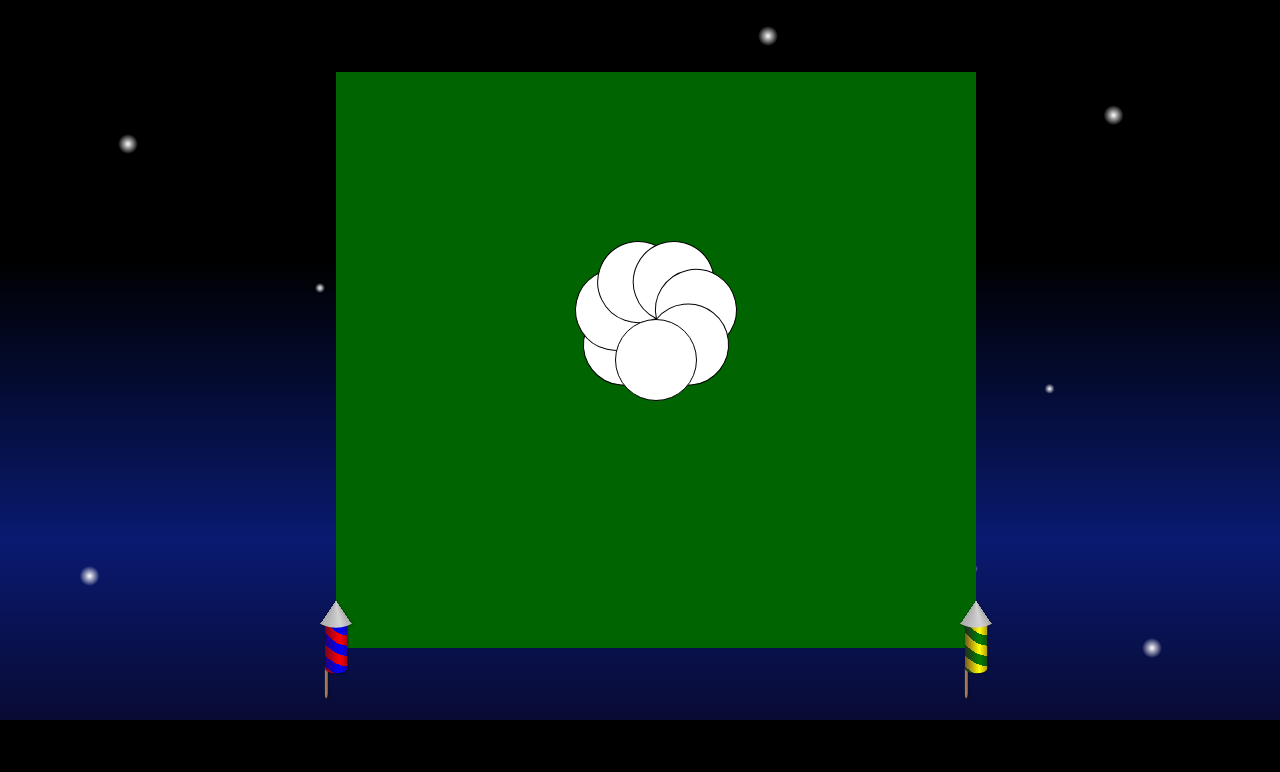
Repository: juliandecloe/CSS-To-The-Rescue---Julian-de-Cloe
Page: index.html
These files come from the project's save history. The page is drawn as it stood at one moment and after the next save; the edit follows.
The browser window is 1280 px wide. The pictures show the whole page.

Above is the page before, as saved 2022-03-10 17:29:48.

### index.html
<!DOCTYPE html>
<html lang="en">
	<head>
		<meta charset="UTF-8">
		<meta name="viewport" content="width=device-width, initial-scale=1.0">
		<title>The Anticlimax Fireworkshow!</title>
		<link rel="stylesheet" href="style.css">
	</head>
	<body>
		<input id="left" type="checkbox">
		<input id="middle" type="checkbox">
		<input id="right" type="checkbox">
		<main>
			<section>
				<label for="left">
					<figure></figure>
					<figure></figure>
					<figure></figure>
				</label>
				<ul>
					<li>
						<ul>
							<li></li>
							<li></li>
							<li></li>
							<li></li>
							<li></li>
						</ul>
					</li>
					<li>
						<ul>
							<li></li>
							<li></li>
							<li></li>
							<li></li>
							<li></li>
						</ul>
					</li>
					<li>
						<ul>
							<li></li>
							<li></li>
							<li></li>
							<li></li>
							<li></li>
						</ul>
					</li>
					<li>
						<ul>
							<li></li>
							<li></li>
							<li></li>
							<li></li>
							<li></li>
						</ul>
					</li>
					<li>
						<ul>
							<li></li>
							<li></li>
							<li></li>
							<li></li>
							<li></li>
						</ul>
					</li>
					<li>
						<ul>
							<li></li>
							<li></li>
							<li></li>
							<li></li>
							<li></li>
						</ul>
					</li>
					<li>
						<ul>
							<li></li>
							<li></li>
							<li></li>
							<li></li>
							<li></li>
						</ul>
					</li>
					<li>
						<ul>
							<li></li>
							<li></li>
							<li></li>
							<li></li>
							<li></li>
						</ul>
					</li>
					<li>
						<ul>
							<li></li>
							<li></li>
							<li></li>
							<li></li>
							<li></li>
						</ul>
					</li>
					<li>
						<ul>
							<li></li>
							<li></li>
							<li></li>
							<li></li>
							<li></li>
						</ul>
					</li>
					<li>
						<ul>
							<li></li>
							<li></li>
							<li></li>
							<li></li>
							<li></li>
						</ul>
					</li>
					<li>
						<ul>
							<li></li>
							<li></li>
							<li></li>
							<li></li>
							<li></li>
						</ul>
					</li>
				</ul>
			</section>
			<section>
				<label for="middle">
					<figure></figure>
					<figure></figure>
					<figure></figure>
				</label>
				<ul>
					<li>
						<ul>
							<li></li>
							<li></li>
							<li></li>
							<li></li>
							<li></li>
						</ul>
					</li>
					<li>
						<ul>
							<li></li>
							<li></li>
							<li></li>
							<li></li>
							<li></li>
						</ul>
					</li>
					<li>
						<ul>
							<li></li>
							<li></li>
							<li></li>
							<li></li>
							<li></li>
						</ul>
					</li>
					<li>
						<ul>
							<li></li>
							<li></li>
							<li></li>
							<li></li>
							<li></li>
						</ul>
					</li>
					<li>
						<ul>
							<li></li>
							<li></li>
							<li></li>
							<li></li>
							<li></li>
						</ul>
					</li>
					<li>
						<ul>
							<li></li>
							<li></li>
							<li></li>
							<li></li>
							<li></li>
						</ul>
					</li>
					<li>
						<ul>
							<li></li>
							<li></li>
							<li></li>
							<li></li>
							<li></li>
						</ul>
					</li>
					<li>
						<ul>
							<li></li>
							<li></li>
							<li></li>
							<li></li>
							<li></li>
						</ul>
					</li>
					<li>
						<ul>
							<li></li>
							<li></li>
							<li></li>
							<li></li>
							<li></li>
						</ul>
					</li>
					<li>
						<ul>
							<li></li>
							<li></li>
							<li></li>
							<li></li>
							<li></li>
						</ul>
					</li>
					<li>
						<ul>
							<li></li>
							<li></li>
							<li></li>
							<li></li>
							<li></li>
						</ul>
					</li>
					<li>
						<ul>
							<li></li>
							<li></li>
							<li></li>
							<li></li>
							<li></li>
						</ul>
					</li>
				</ul>
			</section>
			<section>
				<label for="right">
					<figure></figure>
					<figure></figure>
					<figure></figure>
				</label>
				<article>
					<ul>
						<li></li>
						<li></li>
						<li></li>
						<li></li>
						<li></li>
						<li></li>
						<li></li>
					</ul>
				</article>
			</section>
		</main>
	</body>
</html>

### style.css
/*========== GENERAL ==========*/

:root * {
	--hoekVar: calc(360deg / 12);
	--rotate: rotate(calc( var(--hoekVar) * var(--index) ));
	--hoekVar2: calc(360deg / 5);
	--rotate2: rotate(calc( var(--hoekVar2) * var(--index2) ));
	--star1: 5px;
	--star2: 3px;
}

@property --star1 {
	syntax: '<length>';
	inherits: false;
	initial-value: 0px;
}

@property --star2 {
	syntax: '<length>';
	inherits: false;
	initial-value: 0px;
}

* {
	padding: 0;
	margin: 0;
}

body, html {
	overflow: hidden;
}

html {
	background: linear-gradient(0deg, rgba(9,11,52,1) 0%, rgba(9,26,112,1) 25%, rgba(0,0,0,1) 64%, rgba(0,0,0,1) 100%);
}

@keyframes stars {
	0% {
		--star1: 5px;
	}
	100% {
		--star1: 10px;
	}
}

@keyframes stars2 {
	0% {
		--star2: 3px;
	}
	100% {
		--star2: 6px;
	}
}

body {
	background-position: center;
	background-image:
	radial-gradient(
		circle at
			10%
			20%,
		white,
		transparent var(--star1)
	),
	radial-gradient(
		circle at
			34%
			15%,
		white,
		transparent var(--star2)
	),
	radial-gradient(
		circle at
			50%
			60%,
		white,
		transparent var(--star2)
	),
	radial-gradient(
		circle at
			60%
			80%,
		white,
		transparent var(--star2)
	),
	radial-gradient(
		circle at
			25%
			40%,
		white,
		transparent var(--star2)
	),
	radial-gradient(
		circle at
			7%
			80%,
		white,
		transparent var(--star1)
	),
	radial-gradient(
		circle at
			87%
			16%,
		white,
		transparent var(--star1)
	),
	radial-gradient(
		circle at
			76%
			79%,
		white,
		transparent var(--star2)
	),
	radial-gradient(
		circle at
			90%
			90%,
		white,
		transparent var(--star1)
	),
	radial-gradient(
		circle at
			60%
			5%,
		white,
		transparent var(--star1)
	),
	radial-gradient(
		circle at
			72%
			32%,
		white,
		transparent var(--star2)
	),
	radial-gradient(
		circle at
			50%
			28%,
		white,
		transparent var(--star1)
	),
	radial-gradient(
		circle at
			37%
			80%,
		white,
		transparent var(--star1)
	),
	radial-gradient(
		circle at
			82%
			54%,
		white,
		transparent var(--star2)
	);
	animation:
	stars 1s linear alternate infinite,
	stars2 1.5s linear alternate infinite;
}

@media (prefers-reduced-motion) {
	body {
		animation-name: dissolve;
	}
}

main {
	display: flex;
	justify-content: center;
	align-items: end;
	width: 100vw;
	height: 100vh;
	padding-left: 1rem;
}

@media (max-width: 630px) {
	main {
		transform: scale(.5) translateY(50vh);
	}
}

section {
	display: grid;
	place-items: center;
	transition: 1s ease-out;
	width: 50vw;
}

@media (max-width: 630px) {
	section {
		width: 80vw;
	}
}

input {
	display: none;
}

/*========== FIRE ROCKET ==========*/

/*===== GENERAL =====*/

label {
	transform: scale(.3) translateY(50vh);
	z-index: 5;
	height: 350px;
	width: 120px;
	filter: drop-shadow(2px 2px 4px rgb(0,0,0,0.5));
	transition: 1s;
	cursor: pointer;
	animation: 1s
}

@media (max-width: 630px) {
	label {
		transform: scale(.5);
	}
}

section label > figure:first-child {
	border-radius: 50%;
	position: absolute;
	left: calc(50% - 55px);
	width: 110px;
	height: 130px;
	z-index: 3;
	clip-path: ellipse(90% 70% at center top);
	background-image:
		conic-gradient(
		at center top,
		transparent 146deg,
		darkgray 146deg,
		lightgray 170deg,
		darkgray 214deg,
		transparent 214deg
	);
}

section label figure:nth-child(2) {
	position: absolute;
	top: 83px;
	left: calc(50% - 37.5px);
	width: 75px;
	height: 160px;
	z-index: 2;
	background-size: 100% 100%, 600% 600%;
	background-position:left top, 40% -30%;
	border-radius: 0 0 50% 50% / 0 0 1em 1em;
}

section label > figure:nth-child(3) {
	position: absolute;
	background: #BA8C63;
	top: 220px;
	left: calc(50% - 37.5px);
	width: 10px;
	height: 110px;
	z-index: 1;
	box-shadow: inset -2px 0 8px rgb(0,0,0,0.5);
	clip-path: ellipse(10px 95px at 50% 10%);
}


/*===== COLOR ARROWS =====*/

section:first-child label figure:nth-child(2) {
	background-image:
		linear-gradient(
			to right,
			#303a 0%,
			transparent 65%,
			#3036 100%
		),
		repeating-radial-gradient(
			red 0 1em,
			blue 1em 2em
	);
}

section:nth-child(2) label figure:nth-child(2) {
	background-image:
		linear-gradient(
			to right,
			#303a 0%,
			transparent 65%,
			#3036 100%
		),
		repeating-radial-gradient(
			green 0 1em,
			yellow 1em 2em
		);
}

section:last-child label figure:nth-child(2) {
	background-image:
		linear-gradient(
			to right,
			#303a 0%,
			transparent 65%,
			#3036 100%
		),
		repeating-radial-gradient(
			pink 0 1em,
			purple 1em 2em
		);
}


/*========== FIRE WORK ==========*/

/*===== LAYER 1 =====*/

section > ul {
	list-style-type: none;
	position: absolute;
	width: 1rem;
	height: 1rem;
	display: grid;
	place-items: center;
	/* background-color: #ff4; */
}

section > ul > li {
	position: absolute;
	top: 50%;
	width: 40%;
	height: 1200%;
	transform-origin: center top;
	transform: var(--rotate);
	transition: .3s ease-out;
	transition-delay: 1s;
	display: flex;
	/* background-color: #f004; */
}

section:nth-child(2) > ul > li {
	position: absolute;
	top: 50%;
	width: 40%;
	height: 1200%;
	transform-origin: center top;
	transform: var(--rotate);
	transition: .3s ease-out;
	transition-delay: 1s;
	display: flex;
	/* background-color: #f004; */
}

section > ul > li::after {
	content: "";
	display: block;
	width: 100%;
	height: 50%;
	transition: .2s ease-out;
	transform-origin: center top;
	transform: scaleY(0);
	position: absolute;
}

/* Color */

section:first-child > ul > li::after {
	background-color: blue;
}

section:nth-child(2) > ul > li::after {
	background-color: green;
}

section:last-child > ul li::after {
	background-color: pink;
}


/*===== LAYER 2 =====*/

section > ul > li ul {
	list-style-type: none;
	position: relative;
	width: .5em;
	aspect-ratio: 1/1;
	align-self: end;
	display: grid;
	place-items: center;
	/* background-color: #f088; */
}

section:first-child > ul > li li {
	position: absolute;
	top: 50%;
	width: 25%;
	aspect-ratio: 1/8;
	background-color: #f00;
	transform-origin: center top;
	transform: var(--rotate2) scaleY(0);
	transition: .3s ease-out;
	transition-delay: 1.8s;
}

section:nth-child(2) > ul > li li {
	position: absolute;
	width: 30%;
	height: 1200%;
	background-color: yellow;
	transform-origin: center;
	transform: var(--rotate2) scaleY(1);
	transition: .5s ease-out;
	transition-delay: 1.5s;
	visibility: hidden;
}


/*========== INTERACTION ==========*/

/*===== GENERAL =====*/

section > ul > li:nth-of-type(1) { --index:1; }
section > ul > li:nth-of-type(2) { --index:2; }
section > ul > li:nth-of-type(3) { --index:3; }
section > ul > li:nth-of-type(4) { --index:4; }
section > ul > li:nth-of-type(5) { --index:5; }
section > ul > li:nth-of-type(6) { --index:6; }
section > ul > li:nth-of-type(7) { --index:7; }
section > ul > li:nth-of-type(8) { --index:8; }
section > ul > li:nth-of-type(9) { --index:9; }
section > ul > li:nth-of-type(10) { --index:10; }
section > ul > li:nth-of-type(11) { --index:11; }
section > ul > li:nth-of-type(12) { --index:12; }

ul > li li:nth-of-type(1) { --index2:1; }
ul > li li:nth-of-type(2) { --index2:2; }
ul > li li:nth-of-type(3) { --index2:3; }
ul > li li:nth-of-type(4) { --index2:4; }
ul > li li:nth-of-type(5) { --index2:5; }

/* Rocket */

input:first-child[type="checkbox"]:checked ~ main section:first-child, input:nth-child(2)[type="checkbox"]:checked ~ main section:nth-child(2) {
	transform: translateY(-50vh);
}

@media (max-width: 630px) {
	input:first-child[type="checkbox"]:checked ~ main section:first-child, input:nth-child(2)[type="checkbox"]:checked ~ main section:nth-child(2) {
		transform: translateY(-90vh);
	}
}

input:first-child[type="checkbox"]:checked ~ main section:first-child label, input:nth-child(2)[type="checkbox"]:checked ~ main section:nth-child(2) label {
	transform: scale(.5, .3);
	animation: explode 1s 1s ease-in forwards;
}

/* Explode 1 */

input:first-child[type="checkbox"]:checked ~ main section:first-child > ul > li, input:nth-child(2)[type="checkbox"]:checked ~ main section:nth-child(2) > ul > li {
	transform: var(--rotate) translateY(2em);
}

input:first-child[type="checkbox"]:checked ~ main section:first-child > ul > li::after, input:nth-child(2)[type="checkbox"]:checked ~ main section:nth-child(2) > ul > li::after {
	animation: after .3s 1s ease-out forwards;
}


/*===== ARROW 1 =====*/

input:first-child[type="checkbox"]:checked ~ main section:first-child > ul > li li {
	animation: lili .3s 1.5s ease-out forwards;
}

/*===== ARROW 2 =====*/

input:nth-child(2)[type="checkbox"]:checked ~ main section:nth-child(2) > ul > li li {
	visibility: visible;
	transform: var(--turn) scaleY(6) translateY(2em);
	opacity: 0;
}

/*===== ARROW 3 =====*/

input:nth-child(3)[type="checkbox"]:checked ~ main section:last-child {
	transform: translateY(-50vh);
}

input:nth-child(3)[type="checkbox"]:checked ~ main article label {
	animation: huge .8s 1s ease-out forwards;
}

/*========== ANIMATIONS ==========*/

@keyframes huge {
	0% {
		transform: scaleY(0);
	}
	99% {
		transform: translateY(200%) scaleY(0);
		opacity: 0;
	}
	100% {
		transform: translateY(0) scaleY(0);
		opacity: 1;
	}
}

@keyframes explode {
	0% {
		visibility: hidden;
	}
	99% {
		visibility: hidden;
	}
	100% {
		transform: translateY(65vh) scale(.3);
		visibility: visible;
	}
}

@keyframes after {
	0% {
		transform: scaleY(0);
	}
	33% {
		transform: scaleY(1) ;
	}
	67% {
		transform: translateY(100%) scaleY(1) ;
	}
	99% {
		transform: translateY(200%) scaleY(0) ;
	}
	100% {
		transform: translateY(0) scaleY(0) ;
	}
}

@keyframes lili {
	0% {
		transform: var(--rotate2) translateY(0) scaleY(0);
	}
	50% {
		transform: var(--rotate2) translateY(0) scaleY(3);
	}
	99% {
		transform: var(--rotate2) translateY(400%) scaleY(0);
	}
	100% {
		transform: var(--rotate2) translateY(0) scaleY(0);
	}
}



/*========== CLOUDS ==========*/

section:last-child li:nth-of-type(1) { --index3:1; }
section:last-child li:nth-of-type(2) { --index3:2; }
section:last-child li:nth-of-type(3) { --index3:3; }
section:last-child li:nth-of-type(4) { --index3:4; }
section:last-child li:nth-of-type(5) { --index3:5; }
section:last-child li:nth-of-type(6) { --index3:6; }
section:last-child li:nth-of-type(7) { --index3:7; }

section:last-child label {
	display: none;
}

section:last-child {
	position: absolute;
	top: 10vh;
	background-color: darkgreen;
	width: 50vw;
	height: 80vh;
}

article ul {
	position: relative;
	list-style-type: none;
	width: .5em;
	aspect-ratio: 1/1;
	display: grid;
	place-items: center;
	background: yellow;
}

article li {
	--hoekVar3: calc(360deg / 7);
	--rotate3: rotate(calc( var(--hoekVar3) * var(--index3) ));
	position: absolute;
	border-radius: 50%;
	background-color: white !important;
	width: 5rem;
	height: 5rem;
	border: 1px solid black;
	transform-origin: center top;
	transform: var(--rotate3);
}

/* article li:first-child {
	top: 5px;
	left: 100px;
}

article li:nth-child(2) {
	top: 100px;
	left: 10px;
}

article li:nth-child(3) {
	top: 5px;
	left: 50px;
}

article li:nth-child(4) {
	top: 20px;
	left: 80px;
}

article li:nth-child(5) {
	top: 120px;
	left: 65px;
}

article li:nth-child(6) {
	top: 45px;
	left: 60px;
}

article li:last-child {
	top: 80px;
	left: 100px;
} */

After the next save:
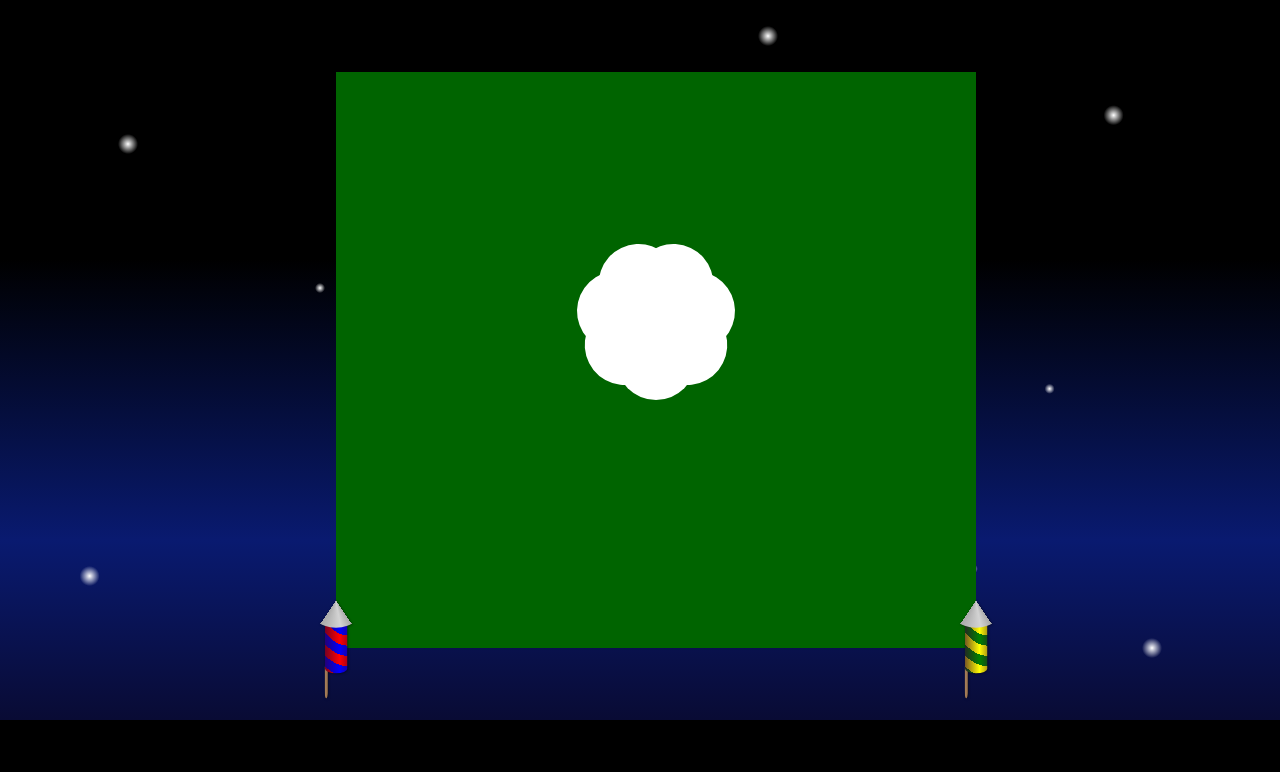
Saved 5 s later.
--- a/style.css
+++ b/style.css
@@ -589,7 +589,7 @@ article li {
 	background-color: white !important;
 	width: 5rem;
 	height: 5rem;
-	border: 1px solid black;
+	/* border: 1px solid black; */
 	transform-origin: center top;
 	transform: var(--rotate3);
 }
